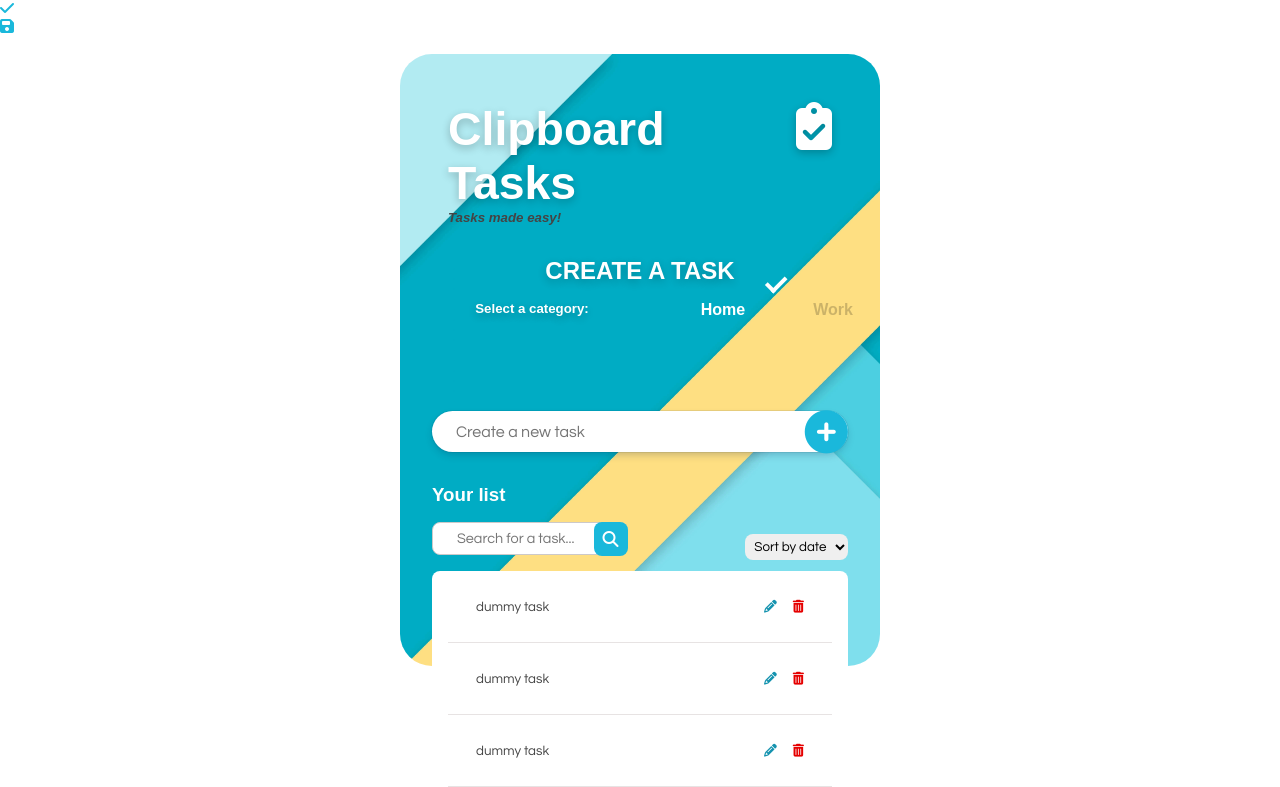
Repository: WesleyErasmus/Todo-App
Page: todoApp.html
These files come from the project's save history. The page is drawn as it stood at one moment and after the next save; the edit follows.
The browser window is 1280 px wide. The pictures show the whole page.
Some web fonts or font styles are not loaded; a fallback is used. Some web libraries are served in a nearby version.

Above is the page before, as saved 2022-06-12 17:20:05.

### todoApp.html
<!DOCTYPE html>
<html lang="en">
<head>
    <meta charset="UTF-8">
    <meta http-equiv="X-UA-Compatible" content="IE=edge">
    <meta name="viewport" content="width=device-width, initial-scale=1.0">
    <title>Todo App</title>
    <script src="https://kit.fontawesome.com/81ea498f91.js" crossorigin="anonymous"></script>
    <link rel="stylesheet" href="/source/css/todoApp.css">
    <script src="/source/script/todoApp.js" defer></script>
</head>
<body>
    <!-- App wrapper -->
    <main class="app-wrapper">
        <!-- App header -->
        <header>
            <div>
            <h1 class="slogan">Clipboard Tasks</h1>
            <h5 class="slogan-2"><em>Tasks made easy!</em></h5>
            </div>
            <div id="jumbotron-logo"><i class="fa-solid fa-clipboard-check fa-3x"></i></div>
        </header>

        <h2 id="create-task-heading">CREATE A TASK</h2>

        <!-- Categories section -->
        <section>
        <form id="todo-list-form">
           <div class="test">

            <h5 class="category-heading">Select a category:</h5>

            <div class="toggle-radio">
                <input type="radio" name="rdo" id="yes" checked>
                <input type="radio" name="rdo" id="no">
                <div class="switch">
                  <label for="yes">Home</label>
                  <label for="no">Work</label>
                  <span></span>
                </div>
              </div>

            </div>
            <!-- <div class="category-selectors"> -->
                <!-- Personal category (make to assign as default, unless user selects work category) -->
                <!-- <label id="personal-label-btn">
                    <input type="radio" name="category" value="Personal" id="personal-category" />
                    <div>Personal</div>
                </label> -->
                <!-- Work category -->
                <!-- <label id="work-label-btn">
                    <input type="radio" name="category" value="Work" id="work-category" />
                    <div>Work</div>
                </label>
            </div> -->
            <!-- End of radio categories div -->
            <div class="create-submit">
            <input type="text" name="create-task" id="create-task" placeholder="Create a new task" />
            <button id="task-submit-btn" type="submit" value="create-new-task">
                <i class="fa-solid fa-circle-plus"></i>
            </button>
        </div>
        </form>
        </section>

        <!-- Task list is created here, new tasks are outputted below -->
        <section class="todo-list-output">
            <div id="list-header">
            <h3>Your list</h3>
            </div>
            <!-- SEARCH BAR -->
            <div id="search-filter-section">
                <form id="search-bar">
                <input type="text"
                id="search-bar"
                placeholder="Search for a task...">
                <button type="submit"><i class="fa fa-search"
                id="search-submit-btn"></i></button>
                </form>
                <!-- Classic filter dropdown -->
                <div>
                    <select name="filter" id="filter">
                    <option value="Date">Sort by date</option>
                    <option value="Name">Sort by title</option>
                    </select>
                    <!-- <i class="fa-solid fa-arrow-down-wide-short"></i> -->
                </div>

                </div>
            <!-- Actual task list output -->
            <div class="tasks" id="tasks">

                <div class="dummy-task">

                    <div class="task-name">
                        <input type="text"
                        class="text"
                        value="dummy task"
                        readonly>
                        <div class="edit-delete">
                            <button class="edit"><i class="fa-solid fa-pencil"></i></button>
                            <button class="delete"><i class="fa fa-trash" aria-hidden="true"></i></button>
                        </div>
                    </div>
                </div>

                <div class="dummy-task">

                    <div class="task-name">
                        <input type="text"
                        class="text"
                        value="dummy task"
                        readonly>
                        <div class="edit-delete">
                            <button class="edit"><i class="fa-solid fa-pencil"></i></button>
                            <button class="delete"><i class="fa fa-trash" aria-hidden="true"></i></button>
                        </div>
                    </div>
                </div>

                <div class="dummy-task">

                    <div class="task-name">
                        <input type="text"
                        class="text"
                        value="dummy task"
                        readonly>
                        <div class="edit-delete">
                            <button class="edit"><i class="fa-solid fa-pencil"></i></button>
                            <button class="delete"><i class="fa fa-trash" aria-hidden="true"></i></button>
                        </div>
                    </div>
                </div>

            </div>

        </section>

    </main> <!-- End of App wrapper -->
        <!-- Save icon and task complete icon -->
                <li><i class="fa-solid fa-check"></i></li>
                <li><i class="fa-solid fa-floppy-disk"></i></li>

</body>
</html>

### source/css/todoApp.css
@import url('https://fonts.googleapis.com/css2?family=Lexend+Tera:wght@100&family=Questrial&display=swap');


/* CSS Variables */
:root {
    --background-color: #fff;
    --primary: #1AB8DB;
    --secondary: #1593AF;
    --delete: #E50000;
    --grey: #ccc9c9;
    --dark-grey: #444444;

    --text-shadows: text-shadow: rgba(0, 0, 0, 0.24) 0px 3px 8px;
    --box-shadows: box-shadow: rgba(9, 30, 66, 0.25) 0px 4px 8px -2px, rgba(9, 30, 66, 0.08) 0px 0px 0px 1px;

    /* add linear gradients */
}

/* Universal selector styling */
* {
    box-sizing: border-box;
    margin: 0;
    padding: 0;
    font-family: 'Lexend Tera', sans-serif;
    list-style: none;
}

/* Below will remove input and checkbox default styling */
input:not([type="radio"]):not([type="checkbox"]), button {
	appearance: none;
	border: none;
	outline: none;
	background: none;
	cursor: initial;
}

/* *** UNIVERSAL BUTTON STYLING *** */
button {
	appearance: none;
	border: none;
	outline: none;
	background: none;
	cursor: initial;
    cursor: pointer;
}

body {
    background-color: var(--background-color);
    color: var(--primary);
}

main {
    padding-top: 2rem;
    background-color: var(--secondary);
    background-image: url(/images/bg-1.jpg);
    background-size: cover;
    background-position: center;
    background-repeat: no-repeat;
    border-radius: 2rem;
    padding-left: 2rem;
    padding-right: 2rem;
    flex: 1 1 0%;
    align-items: center;
    justify-content: center;
    max-width: 480px;
    height: 85vh;
    width: 100%;
    position: absolute;
    top: 50%;
    left: 50%;
    margin-right: -50%;
    transform: translate(-50%, -50%)
}

section {
    margin-top: 1rem;
    margin-bottom: 2rem;
}

header {
    display: flex;
    justify-content: space-between;
    padding: 1rem;
    border-radius: 1rem;
    /* add gradient color to font and logo */
}
.slogan {
    color: #fff;
    font-family: 'Lexend Tera', sans-serif;
    font-size: 2.9rem;
    text-shadow: rgba(0, 0, 0, 0.24) 0px 3px 8px;
    /* -webkit-background-clip: text;
    -webkit-text-fill-color: transparent; */
}
.slogan-2 {
    color: #444444;
}

#jumbotron-logo {
    color: #fff;
    text-shadow: rgba(0, 0, 0, 0.24) 0px 3px 8px;
}
/* create task H3 styling*/
#create-task-heading {
    color: var(--background-color);
    margin-top: 1rem;
    text-align: center;
    text-shadow: rgba(0, 0, 0, 0.24) 0px 3px 8px;
}
/* Select category h2 styling */
.category-heading {
    color: var(--background-color);
    text-align: center;
    margin-bottom: 0.75rem;
    text-shadow: rgba(0, 0, 0, 0.24) 0px 3px 8px;
}

/* Work / personal category selector styling */
.category-selectors {
    display: grid;
    grid-template-columns: repeat(2, 1fr);
    grid-gap: 1rem;
    margin-bottom: 1rem;
}

label {
    font-family: 'Karla', sans-serif;
    font-weight: 590;
}

.category-selectors label{
    display: flex;
    flex-direction: column;
    justify-content: center;
    align-items: center;
    background-color: var(--primary);
    padding: 1rem 2rem;
    border-radius: 999999px;
    color: #fff;
    box-shadow: var(--box-shadows);
}

/* change the below id to #work-category-btn */
#work-label-btn {
    font-family: 'Karla', sans-serif;
    background-color: var(--grey);
}

#create-task {
    margin-top: 75px;
    font-family: 'Questrial', sans-serif;
	display: block;
	width: 100%;
	font-size: 1rem;
	padding: 0.79rem 1.5rem;
    padding-right: 0rem;
	color: var(--dark-grey);
	background-color: var(--background-color);
    box-shadow: rgba(9, 30, 66, 0.25) 0px 4px 8px -2px, rgba(9, 30, 66, 0.08) 0px 0px 0px 1px;
    border-radius: 9999px;

}

/* change to task add btn */
#task-submit-btn{
    position: absolute;
    display: block;
    right: 0rem;
    bottom: -0.5px;
    border: none;
    background-color: transparent;
    color: var(--primary);
}

.fa-circle-plus {
    font-size: 2.7rem;
}

/* add gradient color to fa-logo */

.create-submit {
    position: relative;
    display: flex;
    justify-content: center;
    align-items: center;
    text-align: center;
    margin-top: 0.5rem;
}

.create-task {
    text-align: center;
}

#list-header {
width: 80%;
display: flex;
justify-content: space-between;
margin-bottom: 1rem;
color: #fff;
}

#search-filter-section {
    display: flex;
    margin: 0 auto;
    justify-content: space-between;
    margin-top: 1rem;
    text-align: center;
    align-items: center;
}

#search-bar {
    position: relative;
    display: flex;
    justify-content: center;
    align-items: center;
    width: 47%;
}

#search-bar input{
    font-family: 'Questrial', sans-serif;
	display: block;
	width: 100%;
	font-size: 0.9rem;
	padding: 0.50rem 1.5rem;
    padding-right: 0rem;
	color: var(--dark-grey);
	background-color: var(--background-color);
    border: 0.1px solid var(--grey);
    border-radius: 0.5rem;
    margin-bottom: 1rem;
}

#search-submit-btn {
    position: absolute;
    display: block;
    right: 0rem;
    top: 0;
    background-color: var(--primary);
    border-top-left-radius: 0.5rem;
    border-bottom-left-radius: 0.5rem;
    border-top-right-radius: 0.5rem;
    border-bottom-right-radius: 0.5rem;
    padding: 0.56rem;
    color: #fff;
}

/* Font-awesome search icon styling */
.fa-search {
    font-size: 1rem;
    color: var(--primary);
}

/* Filter styling */
.filter {
    font-family: 'Questrial', sans-serif;
    font-size: 1.1rem;
    font-weight: 500;
    color: var(--secondary);
    text-shadow: var(--text-shadows);
}

.fa-arrow-down-wide-short {
    color: var(--primary);
}

select {
    margin-left: 0.3rem;
    padding: 0.3rem;
    border: none;
    outline: 0;
    /* border: 1px var(--grey) solid; */
    border-radius: 0.5rem;
    font-family: 'Questrial', sans-serif;
    box-shadow: var(--box-shadows);
}
option {
    font-family: 'Questrial', sans-serif;
}

#tasks {
    border-radius: 0.5rem;
    background-color: #fff;
}

#tasks .task-name {
    display: flex;
    justify-content: space-between;
    background-color: var(--background-color);
    padding: 1.75rem;
    background-color: #fff;
    margin-bottom: 0rem;
    margin: 0 1rem;
    border-bottom: 0.01px solid rgba(229, 225, 225, 0.919);
}

.dummy-task .task-name {
    flex: 1 1 0%;
}

.dummy-task .task-name .text {
    color: var(--dark-grey);
    font-family: 'Questrial', sans-serif;
    width: 100%;
    display: block;
    transition: 0.4s;
}

.dummy-task .edit-delete {
    display: flex;
    margin: 0 -0.5rem;

}

/* Edit button styling */

.fa-pencil {
    color: var(--secondary);
}

.fa-trash {
    color: var(--delete);
}

.dummy-task .edit-delete button {
    cursor: pointer;
    margin: 0 0.5rem;
    font-size: 0.8rem;
    font-weight: 700;
    text-transform: uppercase;
    transition: 0.4s;
}



/* CATEGORY TOGGLE */

.test {
    display: grid;
    grid-template-columns: repeat(2, 1fr);
    grid-gap: 1rem;
    margin-bottom: 1rem;
    margin: 0 auto;
}

.toggle-radio {
    position: relative;
}

.switch {
    position: absolute;
    top: 50%;
    left: 50%;
    width: 200px;
    height: 0px;
    text-align: center;
    margin: -30px 0 0 -75px;
    background: var(--primary);
    transition: all 0.2s ease;
    border-radius: 9999px;
  }
  .switch span {
    position: absolute;
    width: 20px;
    height: 4px;
    top: 50%;
    left: 50%;
    margin: -2px 0px 0px -4px;
    background: #fff;
    display: block;
    transform: rotate(-45deg);
    transition: all 0.2s ease;
  }
  .switch span:after {
    content: "";
    display: block;
    position: absolute;
    width: 4px;
    height: 12px;
    margin-top: -8px;
    background: #fff;
    transition: all 0.2s ease;
  }
  input[type=radio] {
    display: none;
  }
  .switch label {
    cursor: pointer;
    color: rgba(0,0,0,0.2);
    width: 80px;
    line-height: 50px;
    transition: all 0.2s ease;
  }
  label[for=yes] {
    position: absolute;
    left: 0px;
    height: 20px;
  }
  label[for=no] {
    position: absolute;
    right: 0px;
  }
  #no:checked ~ .switch {
    background: #eb4f37;
  }
  #no:checked ~ .switch span {
    background: #fff;
    margin-left: -8px;
  }
  #no:checked ~ .switch span:after {
    background: #fff;
    height: 20px;
    margin-top: -8px;
    margin-left: 8px;
  }
  #yes:checked ~ .switch label[for=yes] {
    color: #fff;
    /* change personal width here */
    width: 100px;
  }
  #no:checked ~ .switch label[for=no] {
    color: #fff;
  }

### source/script/todoApp.js
// *** FILTER BTN SCRIPT ***

/* When the user clicks on the button,
toggle between hiding and showing the dropdown content */
// function myFunction() {
//     document.getElementById("myDropdown").classList.toggle("show");
//   }

//   // Close the dropdown if the user clicks outside of it
//   window.onclick = function(event) {
//     if (!event.target.matches('.dropbtn')) {
//       var dropdowns = document.getElementsByClassName("dropdown-content");
//       var i;
//       for (i = 0; i < dropdowns.length; i++) {
//         var openDropdown = dropdowns[i];
//         if (openDropdown.classList.contains('show')) {
//           openDropdown.classList.remove('show');
//         }
//       }
//     }
//   }
//   *** END OF FILTER BUTTON ***

After the next save:
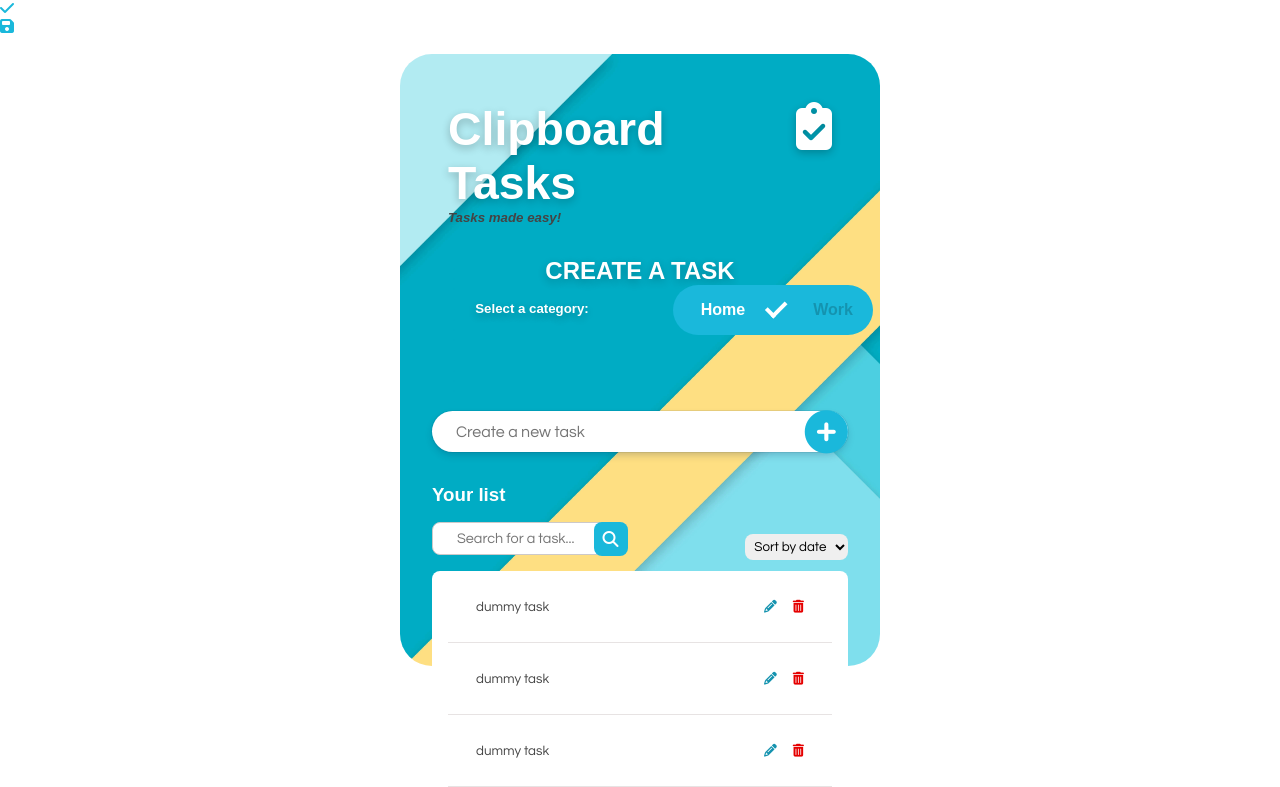
Saved 13 s later.
--- a/source/css/todoApp.css
+++ b/source/css/todoApp.css
@@ -351,7 +351,7 @@ option {
     top: 50%;
     left: 50%;
     width: 200px;
-    height: 0px;
+    height: 50px;
     text-align: center;
     margin: -30px 0 0 -75px;
     background: var(--primary);
